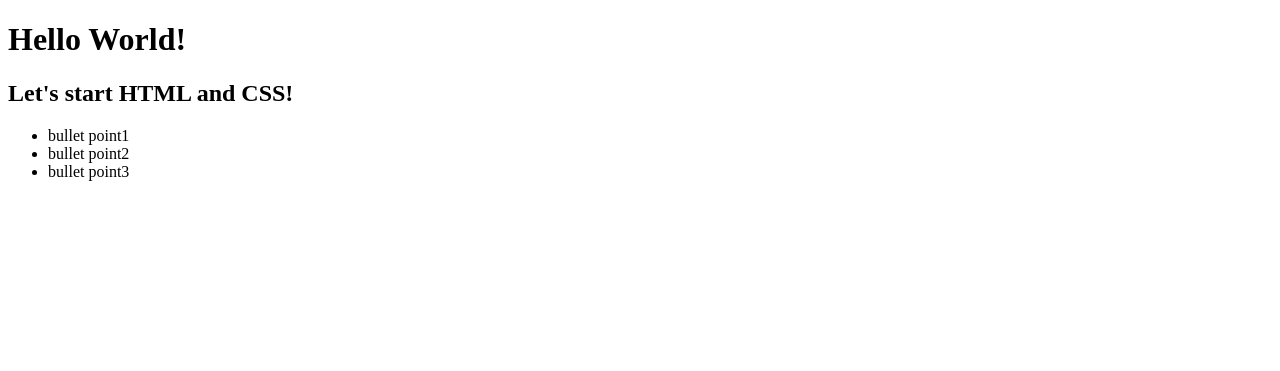
Repository: akiran1sei/samurai_HTML-CSS
Page: html/index.html
The author's editor kept a record of every edit. The page is drawn from the files as they stood at one moment, then again after the next edit.
The browser window is 1280 px wide. The pictures show the whole page.

Above is the page before.

After the next edit:
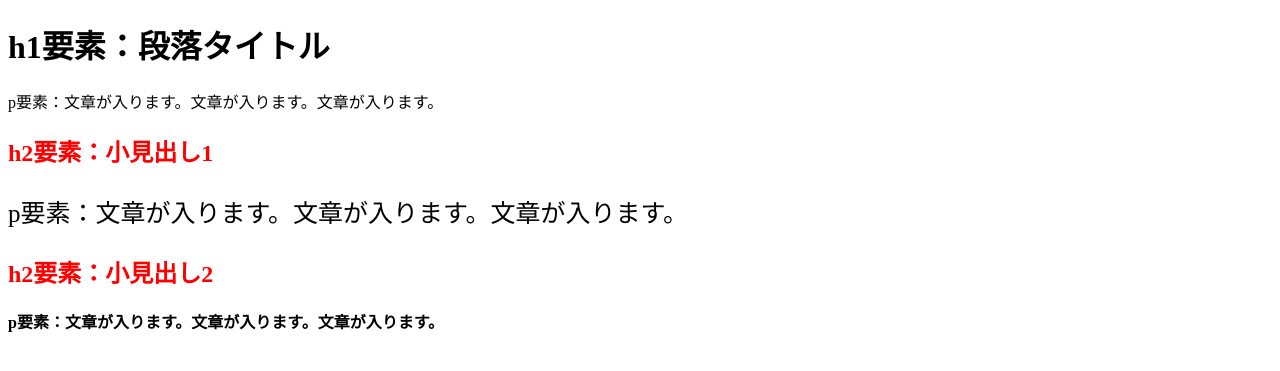
The edit:
--- a/html/index.html
+++ b/html/index.html
@@ -5,14 +5,24 @@
   <meta name="viewport" content="width=device-width, initial-scale=1.0">
   <meta http-equiv="X-UA-Compatible" content="ie=edge">
   <title>HTMLドキュメントのテンプレート</title>
+
+  <style>
+      h2 {
+        color: red;
+      }
+    </style>
+
 </head>
 <body>
-  <h1>Hello World!</h1>
-  <h2>Let's start HTML and CSS!</h2>
-  <ul>
-    <li>bullet point1</li>
-    <li>bullet point2</li>
-    <li>bullet point3</li>
-  </ul>
+  <h1>h1要素：段落タイトル</h1>
+    <p>p要素：文章が入ります。文章が入ります。文章が入ります。</p>
+    <h2>h2要素：小見出し1</h2>
+    <p style="font-size: 25px;">
+      p要素：文章が入ります。文章が入ります。文章が入ります。
+    </p>
+    <h2>h2要素：小見出し2</h2>
+    <p style="font-weight: bold;">
+      p要素：文章が入ります。文章が入ります。文章が入ります。
+    </p>
 </body>
 </html>
